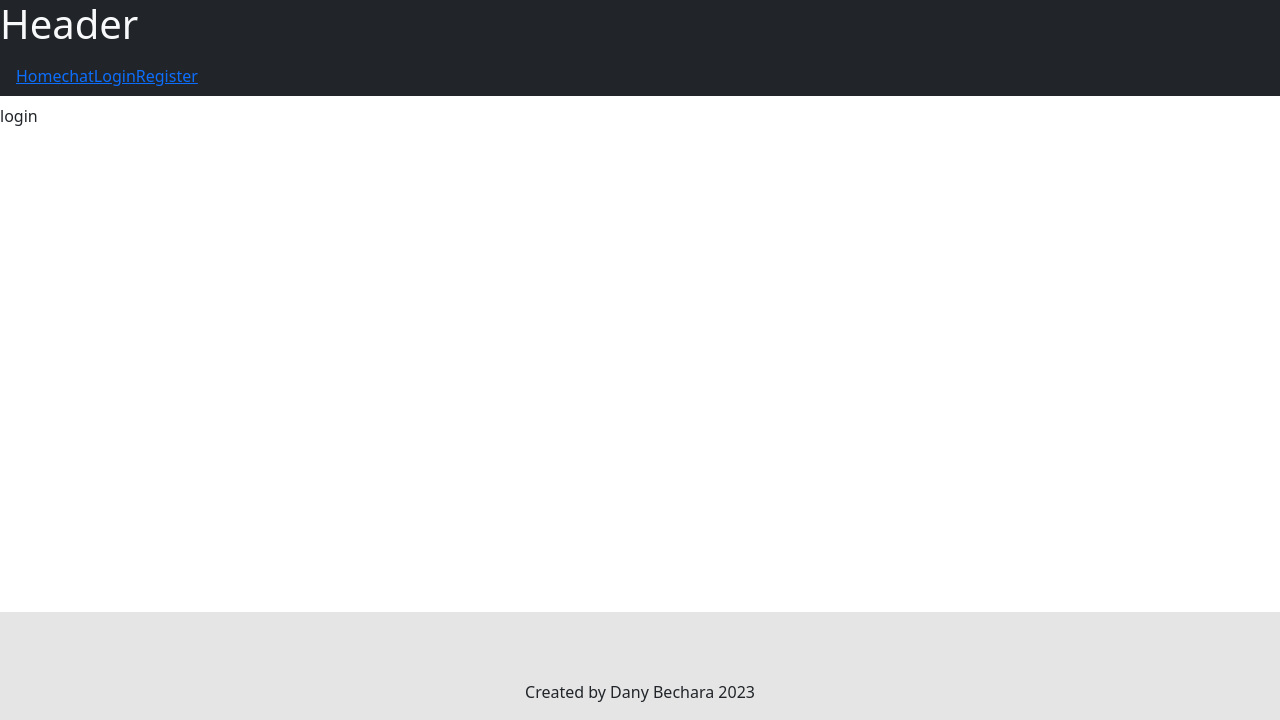
Repository: bechara611/chatv2
Page: /login
The author's editor kept a copy of each file at every save. The page is drawn from the files as they stood at one save, then again after the next save.
The browser window is 1280 px wide. The pictures show the whole page.
The project was rebuilt for these pictures with package versions that can differ from the ones it lists, and the page was loaded fresh each time. Also part of the build but not shown: src/auth/components/register.jsx, src/ui/components/Home.jsx, src/ui/components/Header.css.

Above is the page before, as saved 2023-03-02 16:58:45.

After the next save:
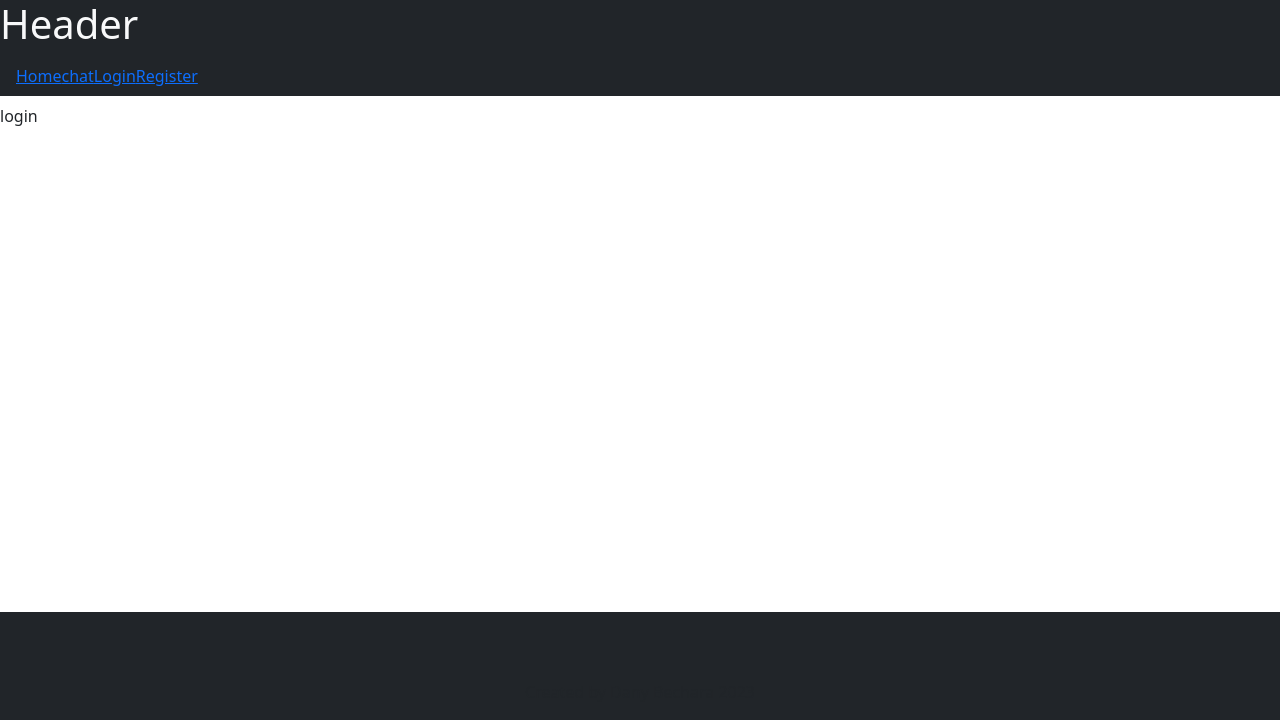
Saved 10 s later.
--- a/src/ui/components/Footer.jsx
+++ b/src/ui/components/Footer.jsx
@@ -12,7 +12,7 @@ export const Footer = () => {
   return (
     <>
       {/*Aca este footer le estamos colocando una posicion absolute y a su padre relativa para poder ubicarlo al final de su div padre */}
-      <div className="footer col-12 mt-5 pt-1">
+      <div className="footer col-12 mt-5 pt-1 bg-dark">
       <a href={linkdn} target={blank} className='animate__animated animate__lightSpeedInLeft'><i className=" linkdin fa-brands fa-linkedin iconoRedes"></i></a>
       <a href={whatssap} target={blank}  className='animate__animated animate__lightSpeedInLeft'><i className="whatssap fa-brands fa-whatsapp iconoRedes"></i></a>
       <a href={correo} target={blank}  className='animate__animated animate__lightSpeedInLeft'><i className="gmail fa-solid  fa-envelope iconoRedes"></i></a>
